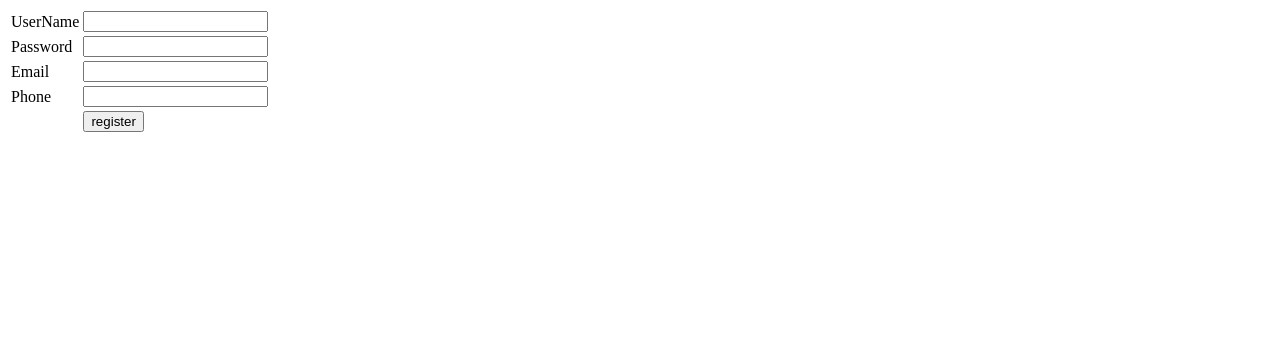
Repository: rukmini10/DXC
Page: http://localhost/Account_Management/memberRegister.jsp
An editor plug-in stored every save of this project. The page is shown before and after the next save, followed by the edit.
The browser window is 1280 px wide. The pictures show the whole page.
The page is served by Tomcat 9.

Above is the page before, as saved 2022-05-09 16:33:27.

After the next save:
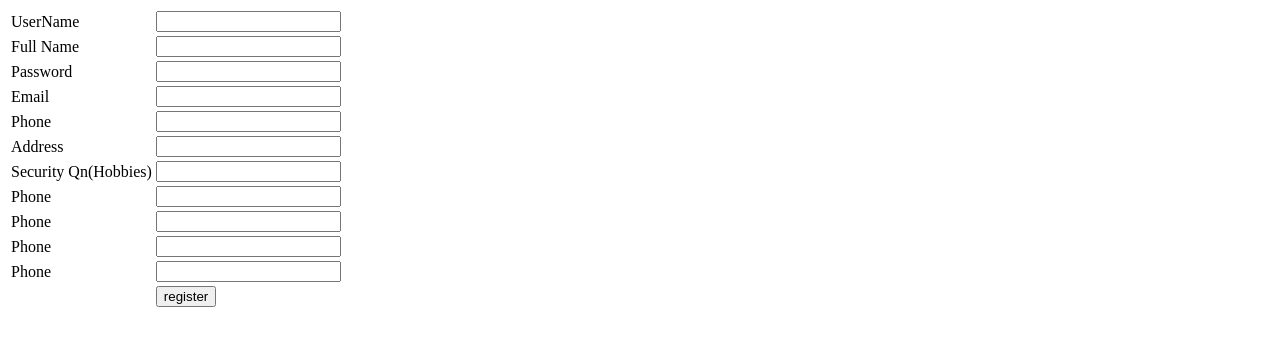
Saved 5 min 59 s later.
--- a/DXC_MAVEN/Account_Management/src/main/webapp/memberRegister.jsp
+++ b/DXC_MAVEN/Account_Management/src/main/webapp/memberRegister.jsp
@@ -10,9 +10,19 @@
 <form action="Register"  method="post">
 <table>
 <tr><td>UserName</td><td><input type="text" name="uname"></td></tr>
+<tr><td>Full Name</td><td><input type="text" name="fullname"></td></tr>
 <tr><td>Password</td><td><input type="password" name="password"></td></tr>
 <tr><td>Email</td><td><input type="text" name="email"></td></tr>
 <tr><td>Phone</td><td><input type="text" name="phone"></td></tr>
+<tr><td>Address</td><td><input type="text" name="address"></td></tr>
+<tr><td>Security Qn(Hobbies)</td><td><input type="text" name="securityQuestion"></td></tr>
+<tr><td>Phone</td><td><input type="text" name="openingAmount"></td></tr>
+<tr><td>Phone</td><td><input type="text" name="accountType"></td></tr>
+<tr><td>Phone</td><td><input type="text" name="openingDate"></td></tr>
+<tr><td>Phone</td><td><input type="text" name="panCard"></td></tr>
+
+
+
 <tr><td></td><td><input type="submit" value="register"></td></tr>
 
 
